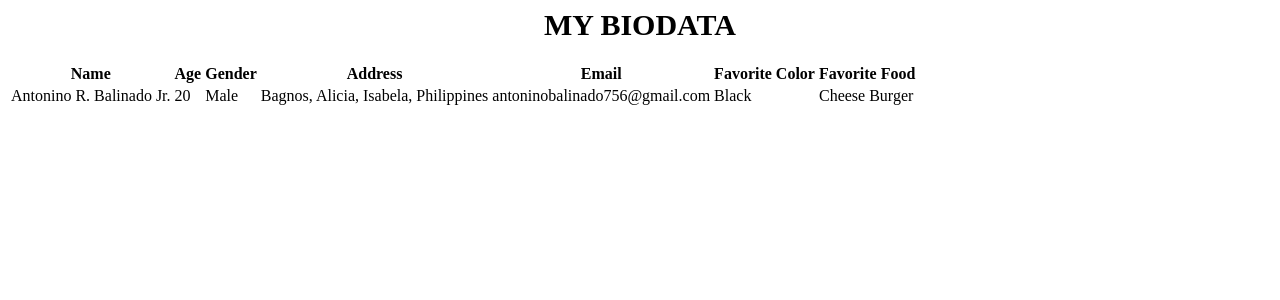
Repository: nino-pixel/github-uploading
Page: biodata.html
These files come from the project's save history. The page is drawn as it stood at one moment and after the next save; the edit follows.
The browser window is 1280 px wide. The pictures show the whole page.

Above is the page before, as saved 2025-02-05 15:32:04.

### biodata.html
<html lang="en">
<head>
    <meta charset="UTF-8">
    <meta name="viewport" content="width=device-width, initial-scale=1.0">
    <title>My Biodata</title>
</head>
<body>
    <h1 id="title">MY BIODATA</h1>
    <div class="biodata">
    <table>
        <tr>
            <th>Name</th>
            <th>Age</th>
            <th>Gender</th>
            <th>Address</th>
            <th>Email</th>
            <th>Favorite Color</th>
            <th>Favorite Food</th>
        </tr>
        <tr>
            <td>Antonino R. Balinado Jr.</td>
            <td>20</td>
            <td>Male</td>
            <td>Bagnos, Alicia, Isabela, Philippines</td>
            <td>antoninobalinado756@gmail.com</td>
            <td>Black</td>
            <td>Cheese Burger</td>
        </tr>
    </table>

</div>
</body>
<style>
    #title{
        text-align: center;
        font-size: 30px;
    }
    .biodata{
    }
</style>

</html>

After the next save:
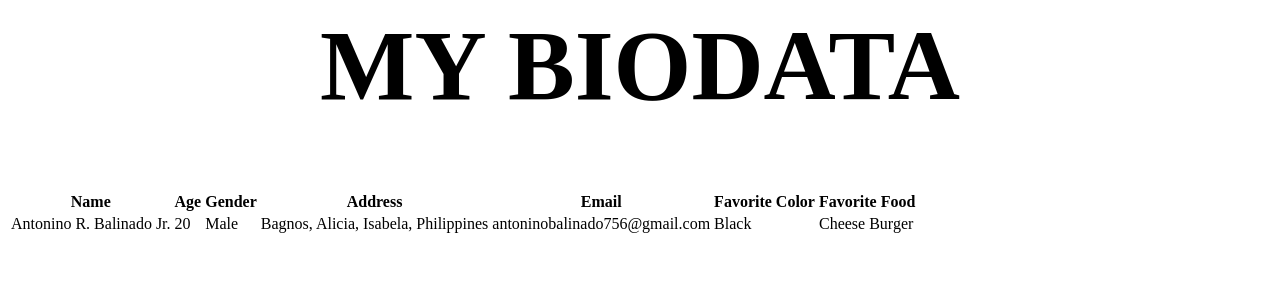
Saved 6 s later.
--- a/biodata.html
+++ b/biodata.html
@@ -33,7 +33,7 @@
 <style>
     #title{
         text-align: center;
-        font-size: 30px;
+        font-size: 100px;
     }
     .biodata{
     }
